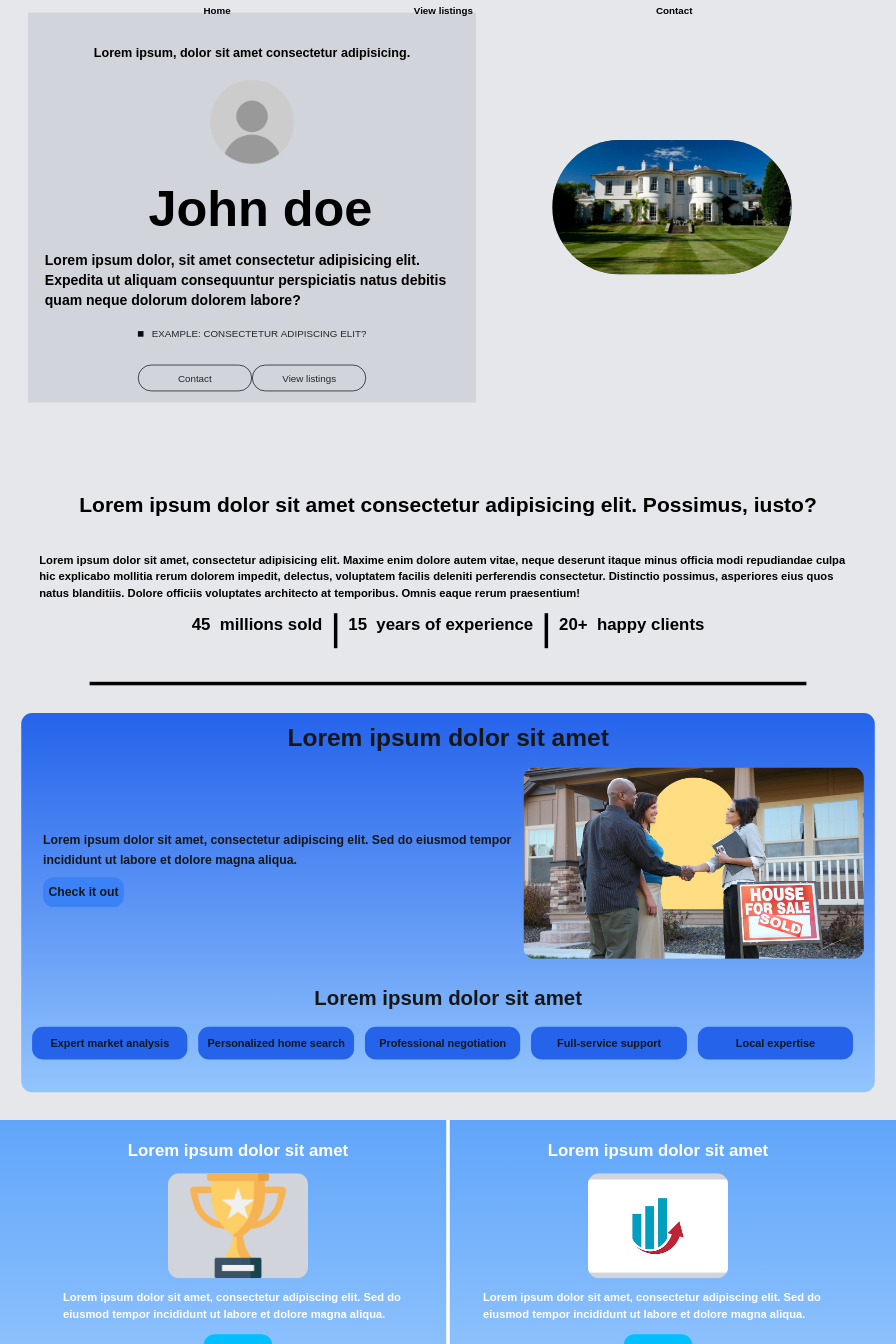
Repository: TMuse333/single-page-real-estate
Page: / (app in frontend/)
These files come from the project's save history. The page is drawn as it stood at one moment and after the next save; the edit follows.
The browser window is 1280 px wide. The pictures show the part of the page from y = 0 to 1920 px (the page is 6391 px tall), at 70% of full size.
The project was rebuilt for these pictures with package versions that can differ from the ones it lists, and the page was loaded fresh each time. The framework's server and built-in components were replaced by stand-ins that run in the browser. Also part of the build but not shown: frontend/next.config.mjs.

Above is the page before, as saved 2024-12-05 15:17:50.

### frontend/src/app/layout.tsx
import { ContextProvider } from "@/context/context";
import type { Metadata } from "next";
import localFont from "next/font/local";
import "./globals.css";

const geistSans = localFont({
  src: "./fonts/GeistVF.woff",
  variable: "--font-geist-sans",
  weight: "100 900",
});
const geistMono = localFont({
  src: "./fonts/GeistMonoVF.woff",
  variable: "--font-geist-mono",
  weight: "100 900",
});

export const metadata: Metadata = {
  title: "Bonnie Hutchins",
  description: "A sample website for Bonnie Hutchins",
};

export default function RootLayout({
  children,
}: Readonly<{
  children: React.ReactNode;
}>) {
  return (
    <html lang="en">
      <ContextProvider>


      <body
        className={`${geistSans.variable} ${geistMono.variable} antialiased`}
      >
        {children}
      </body>
      </ContextProvider>
    </html>
  );
}

### frontend/src/app/page.tsx
"use client"


import AuroraHero from "../components/auroraHero/auroraHero";
import CountUpStats from "../components/countUpStats/countUpStats";
import ExperienceCard from "../components/experienceCard/experienceCard";
import { experienceCard1, experienceCard2 ,experienceCard3,
 displayBox1, displayBox2,blogData, closingStatement, contactCard} from "@/data/data";
// import ImageTextBox from "./components/imageTextBox/imageTextBox";
import DisplayBoxes from "../components/displayBox/displayBox";
import Testimonials from "../components/testimonials/testimonials";
import ScrollCarousel from "../components/scrollCarousel/scrollCarousel";
import Closer from "../components/closer/closer";
import BigNav from "../components/navbar/bigNav";
import Footer2 from "../components/footer/footer";
import ContactCard from "../components/contactCard/contactCard";
import Herobanner from "@/components/herobanner/herobanner";
export default function Home() {
  return (
    <>

   <main className="relative w-screen overflow-x-hidden
   bg-gray-200 ">
   <BigNav
    excludedLink=""
    />
    {/* <AuroraHero/> */}
    <Herobanner/>
    <CountUpStats
    number1="45"
    number2="15.5"
    number3="20"/>

<ExperienceCard
    {...experienceCard2}
    />

    <DisplayBoxes
    data={displayBox1}
    />



<ExperienceCard
    {...experienceCard3}
    />



    <DisplayBoxes
    data={displayBox2}
    />

  <ExperienceCard
    {...experienceCard1}
    />

    <Testimonials/>

    <ScrollCarousel
    images={blogData}
    bgImage
    />



    <Closer
    {...closingStatement}
    />

<ContactCard
    {...contactCard}
    />

    <Footer2
    excludedLink=""
    />


   </main>
   </>
  );
}

### frontend/src/context/context.tsx
"use client"

import React, { createContext, useState, useContext, ReactNode, useEffect } from 'react';

// Define the type for the context value
interface GeneralContextType {

  isMobile: boolean;
  setIsMobile: React.Dispatch<React.SetStateAction<boolean>>;
  heroInView: boolean;
  setHeroInView: React.Dispatch<React.SetStateAction<boolean>>;


}

// Create the context
export const GeneralContext = createContext<GeneralContextType | undefined>(undefined);

// Create a provider component
export const ContextProvider: React.FC<{ children: ReactNode }> = ({ children }) => {
  // Initialize the value state


  // Detect mobile devices
  const [isMobile, setIsMobile] = useState<boolean>(true);

const [heroInView, setHeroInView] = useState(true)





  useEffect(() => {
    const handleScroll = () => {
      if (typeof window !== 'undefined') {
        setIsMobile(window.innerWidth <= 865);
      }
    };

    if (typeof window !== 'undefined') {
      window.addEventListener('scroll', handleScroll);
      handleScroll(); // Initial check
    }

    return () => {
      if (typeof window !== 'undefined') {
        window.removeEventListener('scroll', handleScroll);
      }
    };
  }, []);


  useEffect(() => {
    console.log('is mobile', isMobile);
  }, [isMobile]);

  const contextValue = {

    isMobile,
    setIsMobile,
    heroInView, setHeroInView

  };

  return <GeneralContext.Provider value={contextValue}>{children}</GeneralContext.Provider>;
};

export const useGeneralContext = (): GeneralContextType => {
  const context = useContext(GeneralContext);
  if (!context) {
    throw new Error('useGeneralContext must be used within a ContextProvider');
  }
  return context;
};

### frontend/src/components/countUpStats/countUpStats.tsx
"use client"
import React, {useRef} from "react";
import CountUp from "react-countup";
import { useInView} from 'framer-motion'

interface Props {
  number1: string;
  number2: string;
  number3: string;
}

const CountUpStats: React.FC<Props> = ({ number1, number2, number3 }) => {

    const ref = useRef(null)
    const inView = useInView(ref,{
        once:true
    })
  return (
    <>
    <section   ref={ref}
    className="mx-auto w-screen max-w-[1200px]
    text-black">
         <h2 className="text-center px-4 font-bold text-2xl sm:text-3xl
         my-12">Lorem ipsum dolor sit amet consectetur adipisicing elit. Possimus, iusto?</h2>
         <p className="font-semibold px-4">
            Lorem ipsum dolor sit amet, consectetur adipisicing elit. Maxime enim dolore autem vitae, neque deserunt itaque minus officia modi repudiandae culpa hic explicabo mollitia rerum dolorem impedit, delectus, voluptatem facilis deleniti perferendis consectetur. Distinctio possimus, asperiores eius quos natus blanditiis. Dolore officiis voluptates architecto at temporibus. Omnis eaque rerum praesentium!
         </p>

    <section

      className="flex mx-auto flex-col justify-center items-center mt-4
      md:flex-row font-semibold"
    >

      {/* Number 1 */}
      <div className="text-2xl mb-6 flex flex-col
      justify-center md:flex-row items-start ">
        <CountUp start={0}
          end={inView ? parseInt(number1) : 0}
         duration={2} />
         &nbsp; millions sold
         <div className="w-[50vw] h-[5px] bg-black mb-6
      md:h-[50px] md:w-[5px] mx-4 " />
      </div>

      {/* Divider */}


      {/* Number 2 */}
      <div className="text-2xl mb-6 flex flex-col
      justify-center md:flex-row items-start ">
        <CountUp start={0}
          end={inView ? parseInt(number2) : 0}
         duration={2} />
         &nbsp; years of experience
         <div className="w-[50vw] h-[5px] bg-black mb-6
      md:h-[50px] md:w-[5px] mx-4 " />
      </div>

      {/* Number 3 */}
      <div className="text-2xl mb-6 flex flex-col
      justify-center md:flex-row items-start mb-auto">
        <CountUp start={0}
          end={inView ? parseInt(number3) : 0}
         duration={2} />
         +&nbsp; happy clients

      </div>
    </section>
    </section>

    <div className="w-[80vw] max-w-[1200px]
    mx-auto h-[5px] bg-black"
    />

    </>
  );
};

export default CountUpStats;

### frontend/src/components/displayBox/displayBox.tsx
import React from "react";
import Image from 'next/image'
import Link from "next/link";


interface ElementProps {
    title:string,
    src:string,
    alt:string,
    description:string,
    buttonText:string,
    destination:string
}

const Element:React.FC<ElementProps> = ({
    title,src,alt,description,buttonText,
    destination
}) => {

    return (
        <section className="w-[90vw] mx-auto flex
        mt-2
        flex-col justify-center items-center relative

        sm:w-[45vw] max-w-[500px] mb-8">
            <h2 className="text-white text-center
            text-2xl mb-4 font-semibold">{title}</h2>
            <Image
            src={src}
            alt={alt}
            width={600}
            height={1300}
            className='w-[40vw]  h-[20vw]
            max-h-[150px] mx-auto object-contain
            max-w-[200px] bg-gray-300 rounded-2xl'
            />
            <p className="text-white my-4 font-semibold">{description}</p>
            <button className="bg-[#00bfff]
            p-2 rounded-2xl text-white">
                <Link href={destination}>
                    {buttonText}
                </Link>
            </button>


        </section>

    )
}

interface DisplayBoxProps {
    data:ElementProps[]
}

    const DisplayBoxes:React.FC<DisplayBoxProps> = ({
        data
    }) => {

        return (
            <section className="w-screen relative
            bg-gradient-to-b from-blue-400 to-blue-300 "
            >


            <section className="flex flex-col
            sm:grid grid-cols-2 justify-center
            items-center max-w-[1200px]
            mx-auto bg-gradient-to-b from-blue-400 to-blue-300
             pt-5">
                <div className="absolute
                top-1/2 w-full
                 sm:top-0
                left-1/2 -translate-x-1/2 h-[5px]
                 md:h-full
                sm:w-[5px] bg-white"/>
                {data.map((data, index) => (
                    <Element
                    {...data}
                    key={index}
                    />
                ))}
            </section>
            </section>

        )
    }


    export default DisplayBoxes

### frontend/src/components/closer/closer.tsx
"use client"

import React, { useRef} from "react";
import Link from "next/link";
import {motion, useInView} from 'framer-motion'
import Image from "next/image";


interface Props {
    image:string,
    title:string,
    description:string,
    buttonText:string,
    destination:string

}

const Closer: React.FC<Props> = ({image,title,description,
destination,buttonText}) => {

    const ref = useRef(null)

    const inView = useInView(ref,{
        once:true
    })

      const variants = {
        initial:{
            opacity:0,
            x:-100
        },
        animate:{
            x:0,
            opacity:1,
            transition:{
                opacity:{
                    duration:0.5
                }
            }
        }

      }

      const textVariants = {
        initial:{
            y:-20,
            opacity:0
        },
        animate:{
            opacity:1,
            y:0,
            transition:{
                delay:0.5
            }
        }
      }

    return (
        <motion.section ref={ref}

        className={`w-screen text-white h-[600px]
        relative flex flex-col items-center justify-center
        bg-center
        `}
        variants={variants}
        initial='initial'
        animate={inView ? 'animate' : 'initial'}
        >
            <Image src={image}
            alt="A background image of cash to signifies how you cash sell your houses fast for cash with ontario cash for houses"
            className='absolute w-full h-full
            object-cover'
                style={{
                    filter:'brightness(0.6)'
                }}
                width={600}
                height={1300}
            />

            <motion.div className="-mt-12 relative z-[4]"
              variants={textVariants}
              initial='initial'
              animate={inView ? 'animate' : 'initial'}>
            <motion.h4

            className="pl-4 text-3xl  ">{title}
            </motion.h4>

            <p className="mt-4 text-left pl-4 pr-4
            max-w-[800px] sm:text-xl ">{description}</p>

            <Link href={destination}
            passHref>
                <button className="mt-6 text-black
                bg-white ml-4 hover:bg-blue-500
                transition-all hover:text-white
                hover:scale-[1.05] p-3
                rounded-xl">
                {buttonText}
                </button>
            </Link>
            </motion.div>
        </motion.section>
    )
}

export default Closer

### frontend/src/components/contactCard/contactCard.tsx
import Image from "next/image";
import Link from "next/link";
import React from "react";



interface Props {
    src:string,
    alt:string,
    name:string,
    title:string
    description:string,
    quote:string
    phone:string,
    email:string,
    socials:{
        src:string,
        destination:string,
        alt:string
    }[]
}


const ContactCard:React.FC<Props> = ({
    src,alt,name,
    phone,email,socials,title,quote
}) => {


    return (
        <section className="mx-auto flex flex-col
        md:flex-row max-w-[1200px] my-12">
            <section className="text-center
            md:w-[33vw] max-w-[400px]">
                <h3 className="mb-2 font-bold
                text-3xl">{name}</h3>
                <h4 className="mb-2 font-semibold
                whitespace-pre-line">{title}</h4>
                <p className="mb-2 px-4">{quote}</p>
            </section>
            <section className="md:w-[33vw] max-w-[400px]">
                <Image
                src={src}
                alt={alt}
                className='w-[70vw]
                object-contain mx-auto
                max-w-[200px] hax-h-[250px]'
                width={600}
                height={1300}
                />
            </section>
            <section className="text-center  md:w-[33vw] max-w-[400px]">
                <h3 className="mb-2 text-2xl font-semibold">Contact Information</h3>
                <p className="mb-2 font-semibold">{phone}</p>
                <p className="mb-2 font-semibold whitespace-pre-line

                leading-6">{email}</p>
                {/* <ul className="flex items-center w-full
                ">
                    {socials.map((social,index)=>(
                        <li className="mx-auto"
                        key={index}
                        >
                            <Image
                            src={social.src}
                            alt={social.alt}
                            className='w-[100px]
                            object-contain'
                            width={600}
                            height={1300}
                            />
                            <Link
                            href={social.destination}
                            />
                        </li>
                    ))}
                </ul> */}
            </section>

        </section>
    )
}

export default ContactCard

### frontend/src/components/herobanner/herobanner.tsx
import Image from "next/image";
// import Link from "next/link";
import React from "react";
// import tom from '../../../public/thomas-full-body-1-nogb.png'
// import full from '../../../public/smile-tom.png'
import side from '../../../public/placeholder.png'
import home from '../../../public/home.webp'
import { TypeWriter } from "../typeWriter/typeWriter";
// import half from '../../../public/smiley-tom-half.png'
const Herobanner = () => {

    return (


       <header className="flex flex-col md:flex-row
       md:h-screen relative items-center
       mx-auto max-w-[1200px] text-black
       md:mt-[-4rem]  "
    //    style={{
    //     background: 'radial-gradient(circle, #00bfff -150%, rgba(0, 191, 255, 0%) 80%)'
    //   }}
      >

        <section className="flex flex-col
        md:w-[50vw] justify-center
        items-center bg-gray-300 py-4">
             <h2 className="mx-auto p-3
             text-center
           text-lg mt-4 font-semibold ">
           Lorem ipsum, dolor sit amet consectetur adipisicing.

            </h2>


            <Image
            src={side}


            height={600}
            width={1300}
            alt='A full body image of Thomas Musial'
            className="w-[80vw] h-[20vh] object-contain mx-auto
           rounded-full bg-gray-600 md:bg-transparent

            "
            />
            <h1 className="font-semibold
            text-5xl sm:text-6xl md:text-7xl
             mt-4 text-center md:text-start md:pl-6">John doe</h1>
            <p className="mx-auto p-6 font-semibold
            text-xl">
              Lorem ipsum dolor, sit amet consectetur adipisicing elit. Expedita ut aliquam consequuntur perspiciatis natus debitis quam neque dolorum dolorem labore?
            </p>
            <TypeWriter
            />
            {/* <section className="flex mr-auto ml-6">
                <button className="bg-[#00bfff] p-3
                rounded-2xl mr-6">Contact</button>
                <button className="bg-[#00bfff] p-3
                rounded-2xl mr-6">View listings</button>
            </section> */}
            </section>

            <Image
            src={home}


            height={600}
            width={1300}
            alt='A full body image of Thomas Musial'
            className="w-[45vw] hidden  object-contain mx-auto
          rounded-full bg-gray-600 max-w-[342px] md:block


            "
            />






       </header>
    )
}

export default Herobanner

### frontend/src/components/slidingText/slidingText.tsx
import React, { useRef, useState } from "react";
import { motion, useScroll, useTransform, useMotionValueEvent } from "framer-motion";
import { useGeneralContext } from "@/context/context";

interface TextProps {
    text: string;
    setSlideComplete?: React.Dispatch<React.SetStateAction<boolean>>;
    reverse?:boolean,
    subText?:string
}

const SlidingText: React.FC<TextProps> = ({ text, setSlideComplete,
reverse,subText }) => {
    // Reference to the target element to track scroll position
    const targetRef = useRef(null);

    const {isMobile} = useGeneralContext()

    // State to track when slide is complete
    const [slideComplete, setLocalSlideComplete] = useState(false);

    // Get scroll progress relative to the targetRef
    const { scrollYProgress } = useScroll({
        target: targetRef,
        offset: ["end end", "end start"], // Adjust these offsets as needed
    });

    // Transform scroll progress to x position, scale, and opacity
    const x = useTransform(scrollYProgress, [0, isMobile ? 0.4 : 0.6], [!reverse ? 350 : -350, 0]); // Adjust as needed
    const opacity = useTransform(scrollYProgress, [0, 0.2, 0.55], [0, 0.0, 1]);

    // Monitor changes in the `x` value and set `slideComplete` to true when x reaches 0


    useMotionValueEvent(x,"change",(latest) => {
        if(latest === 0 && !slideComplete){
            setLocalSlideComplete(true)
            if (setSlideComplete) {
                console.log('skdie complete true')
                setSlideComplete(true);
            }
        }

    })

    return (
        <div ref={targetRef}>
            <motion.h2
                className=" bg-gradient-to-b from-white to-gray-300 bg-clip-text text-transparent
                text-3xl sm:text-4xl md:text-5xl lg:text-6xl font-semibold text-center relative transition-colors
                mb-8"
                // style={!slideComplete ? { x, opacity } : {}} // Apply the animated styles
                style={{ x, opacity }}
                // Apply the gradient flow when slideComplete is true
                whileInView={
                    slideComplete
                        ? {
                              backgroundImage: [
                                  "linear-gradient(to right, #00e0ff, #00a2e4, #00e0ff)", // Default colors
                                  "linear-gradient(to right, #33e8ff, #33b5d6, #33e8ff)", // Brighter colors
                                  "linear-gradient(to right, #00e0ff, #00a2e4, #00e0ff)",  // Back to default
                              ],
                              transition: {
                                  repeat: Infinity,
                                  repeatType: "mirror",
                                  duration: 3, // Control how fast the gradient oscillates
                              },
                          }
                        : {}
                }
            >
                {text}
            </motion.h2>
            {subText && (
                <motion.h3 className={`w-[80vw] mx-auto text-xl
                transition-opacity
                sm:text-2xl ${slideComplete ? 'opacity-1' : 'opacity-0'}`}>
                    {subText}
                </motion.h3>
            )}
        </div>
    );
};

export default SlidingText;

Loaded but not shown: frontend/src/app/globals.css (common file); frontend/tailwind.config.ts (common file); frontend/src/components/navbar/bigNav.tsx (512 lines, source omitted); frontend/src/components/experienceCard/experienceCard.tsx (191 lines, source omitted); frontend/src/data/data.ts (173 lines, source omitted); frontend/src/components/testimonials/testimonials.tsx (127 lines, source omitted); frontend/src/components/scrollCarousel/scrollCarousel.tsx (161 lines, source omitted); frontend/src/components/footer/footer.tsx (178 lines, source omitted); frontend/src/components/typeWriter/typeWriter.tsx (129 lines, source omitted)

After the next save:
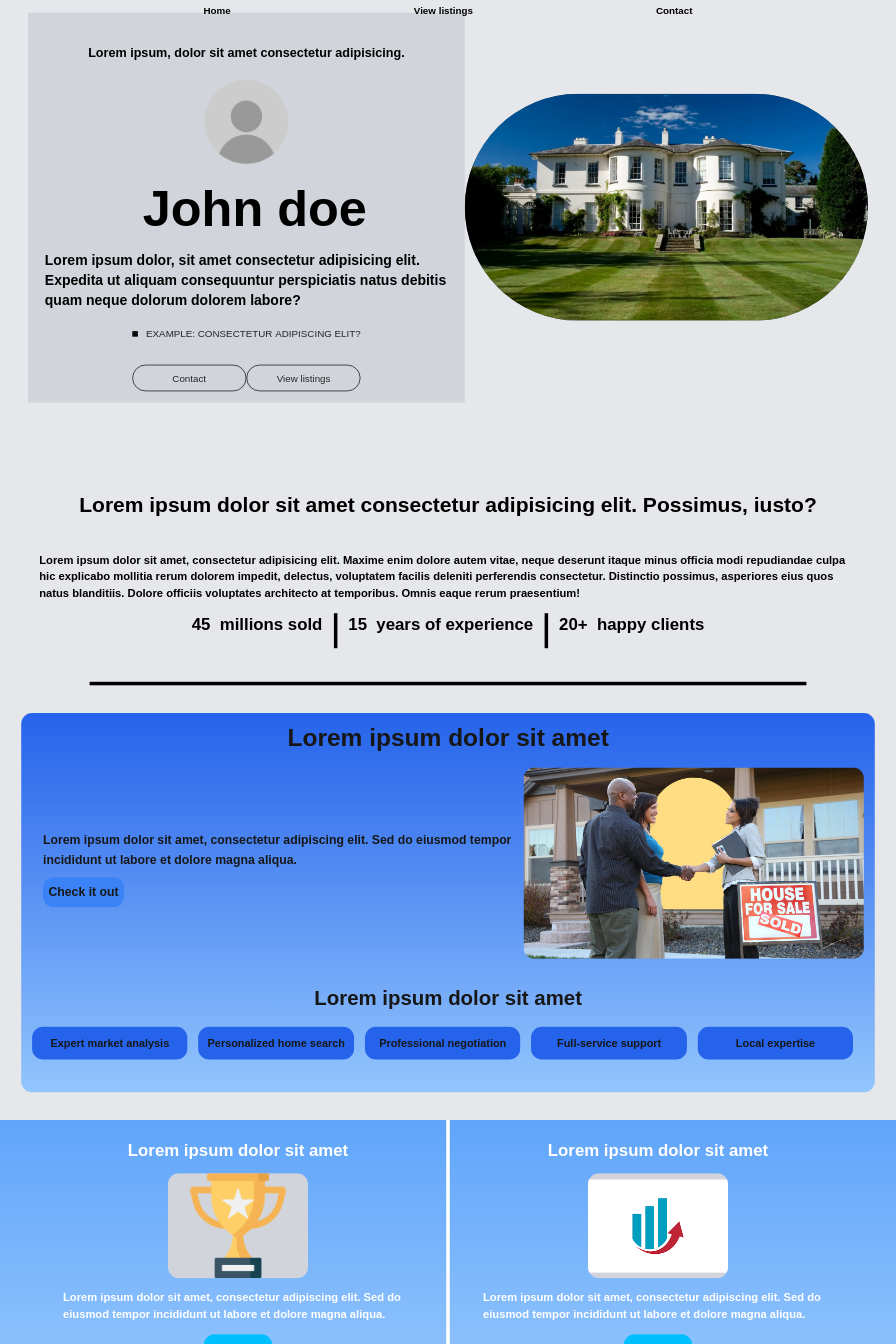
Saved 9 s later.
--- a/frontend/src/components/herobanner/herobanner.tsx
+++ b/frontend/src/components/herobanner/herobanner.tsx
@@ -69,7 +69,7 @@ const Herobanner = () => {
             width={1300}
             alt='A full body image of Thomas Musial'
             className="w-[45vw] hidden  object-contain mx-auto
-          rounded-full bg-gray-600 max-w-[342px] md:block
+          rounded-full bg-gray-600  md:block
 
 
             "
